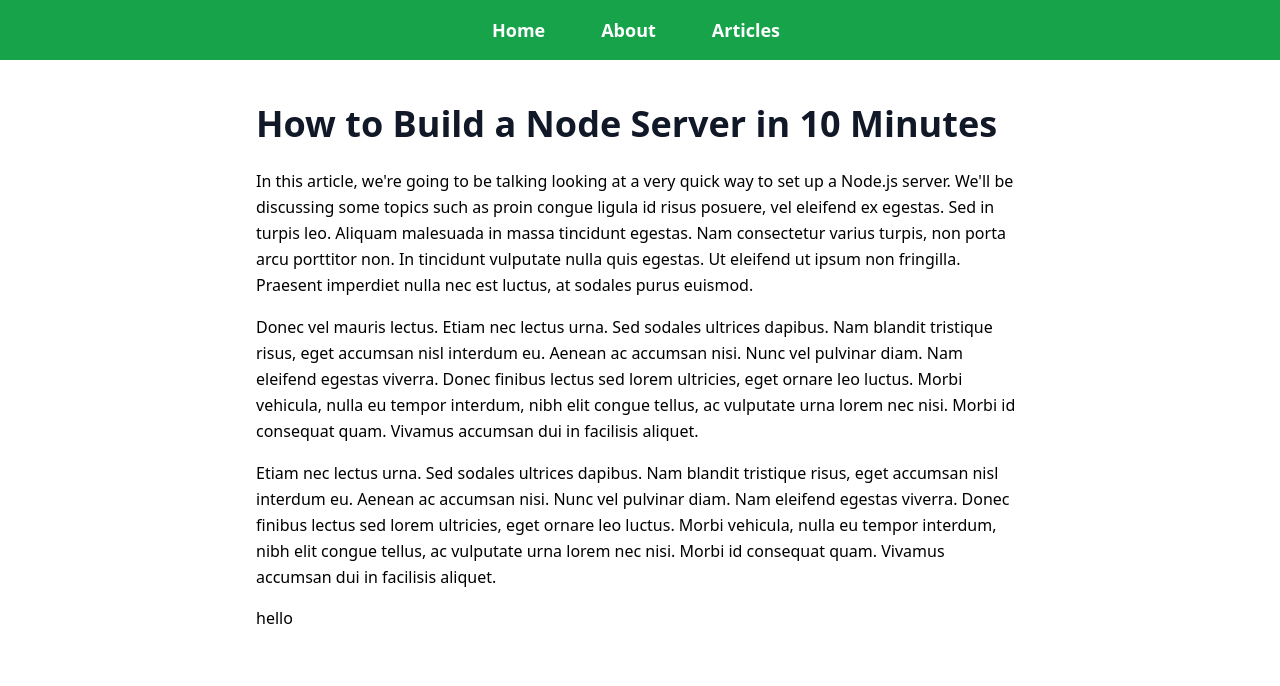
Repository: ymw0331/blog-mern-webapp
Page: /article/learn-node (app in client/)
These files come from the project's save history. The page is drawn as it stood at one moment and after a run of saves; the edit follows.
The browser window is 1280 px wide. The pictures show the whole page.
The project was rebuilt for these pictures with package versions that can differ from the ones it lists, and the page was loaded fresh each time. Also part of the build but not shown: client/src/pages/Home.js, client/src/pages/About.js, client/src/components/Articles.js, client/src/pages/ArticlesList.js.

Above is the page before, as saved 2022-12-10 21:41:42.

After the next 2 saves:
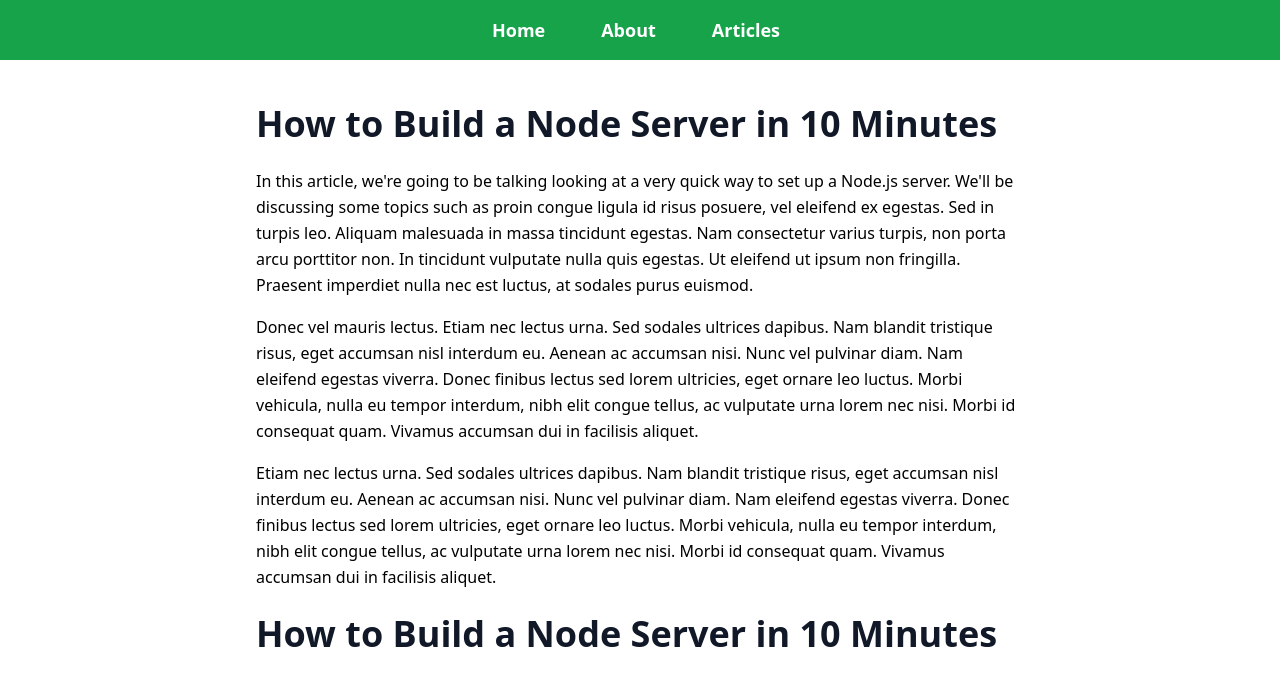
The 2 saves are shown as one change because they came seconds apart.
The last was saved 42 s later.
--- a/client/src/pages/Article.js
+++ b/client/src/pages/Article.js
@@ -18,7 +18,10 @@
           {paragraph}
         </p>
       ))}
-      <h1>hello</h1>
+
+      <h1 className='sm:text-4xl text-2xl font-bold my-6 text-gray-900'>
+        {article.title}
+      </h1>
     </>
   );
 };

After the 6 saves that followed:
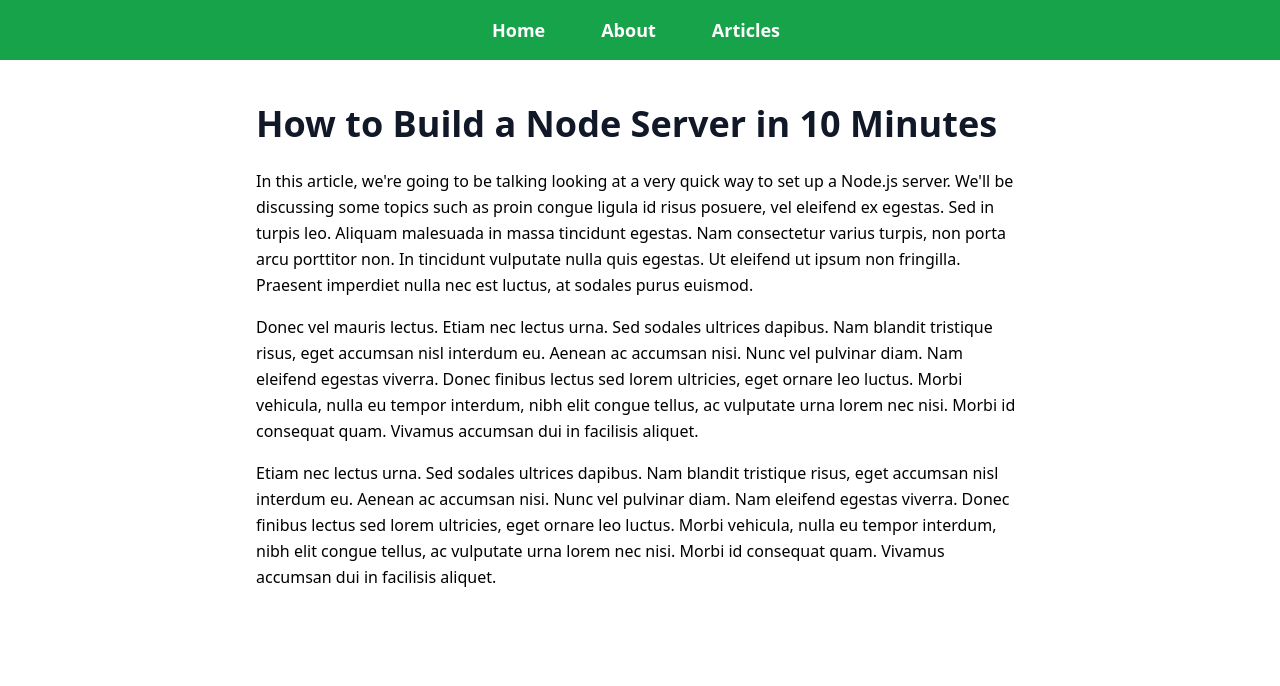
The 6 saves are shown as one change because 1 did not build or start and 2 left the picture as it was and some came seconds apart.
The last was saved 32 s later.
--- a/client/src/pages/Article.js
+++ b/client/src/pages/Article.js
@@ -19,9 +19,7 @@
         </p>
       ))}
 
-      <h1 className='sm:text-4xl text-2xl font-bold my-6 text-gray-900'>
-        {article.title}
-      </h1>
+
     </>
   );
 };
